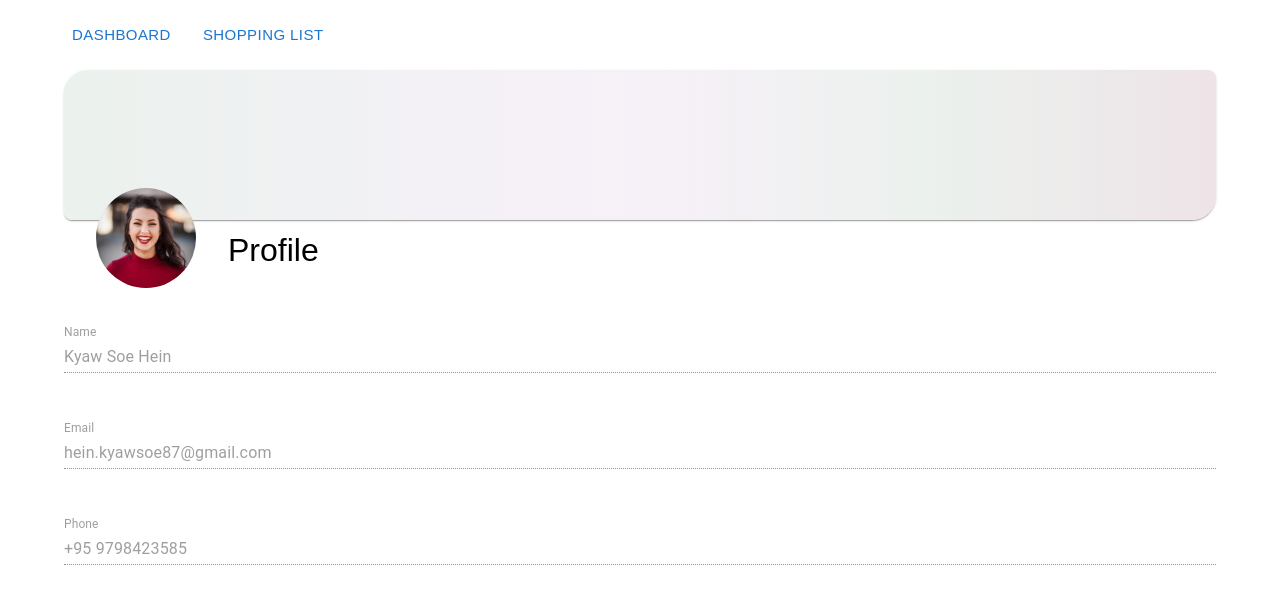
Repository: KyawSoeHein/GoogleAuthReact
Page: /
An editor plug-in stored every save of this project. The page is shown before and after the next save, followed by the edit.
The browser window is 1280 px wide. The pictures show the whole page.
The project was rebuilt for these pictures with package versions that can differ from the ones it lists, and the page was loaded fresh each time.

Above is the page before, as saved 2022-02-14 20:19:54.

After the next save:
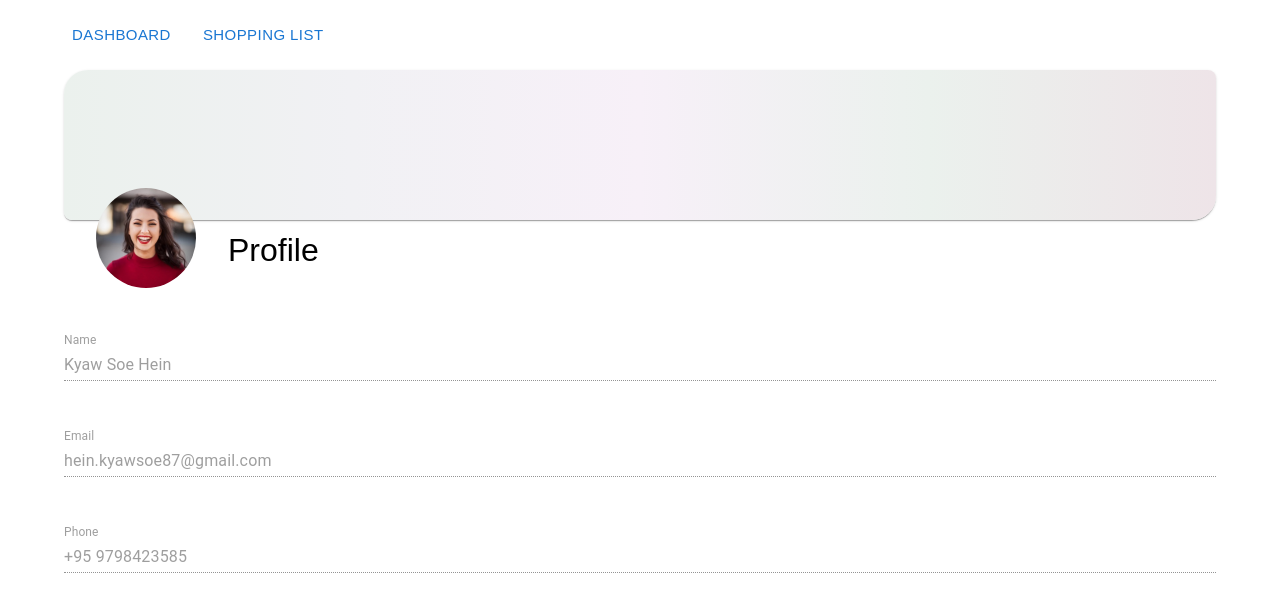
Saved 7 s later.
--- a/src/View/Dashboard.tsx
+++ b/src/View/Dashboard.tsx
@@ -16,7 +16,7 @@ const Dashboard = () => {
           <CoverAndProfilePhoto />
         </div>
 
-        <div style={{ marginTop: 24 }}>
+        <div style={{ marginTop: 32 }}>
           <UserInfo />
         </div>
       </Container>
